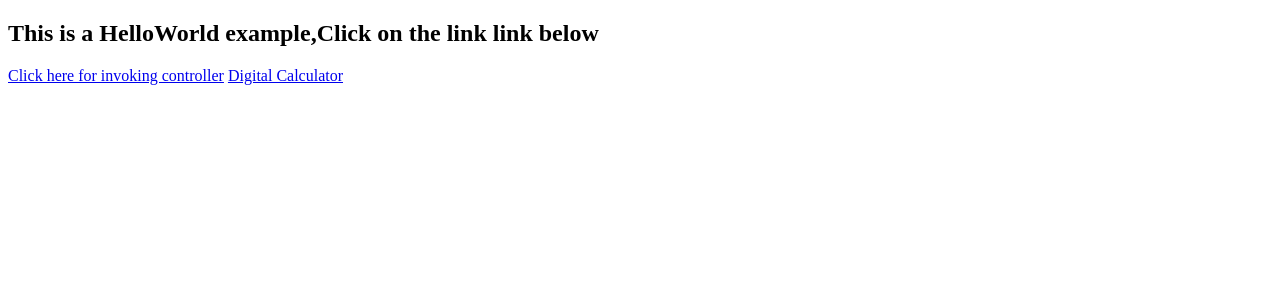
Repository: Sreenidhi5/visatraining
Page: springwebapp/src/main/webapp/hellopage.html
An editor plug-in stored every save of this project. The page is shown before and after the next save, followed by the edit.
The browser window is 1280 px wide. The pictures show the whole page.

Above is the page before, as saved 2019-07-22 09:39:50.

### springwebapp/src/main/webapp/hellopage.html
<!DOCTYPE html>
<html>
<head>
<meta charset="UTF-8">
<title>A Spring MVC Helloworld PAGE here</title>
</head>
<body>
<h2>This is a HelloWorld example,Click on the link link below</h2>
<a href = "hello?name=SpringMvc"> Click here for invoking controller</a>

<a href ="calculator.html">Digital Calculator</a>

</body>
</html>

After the next save:
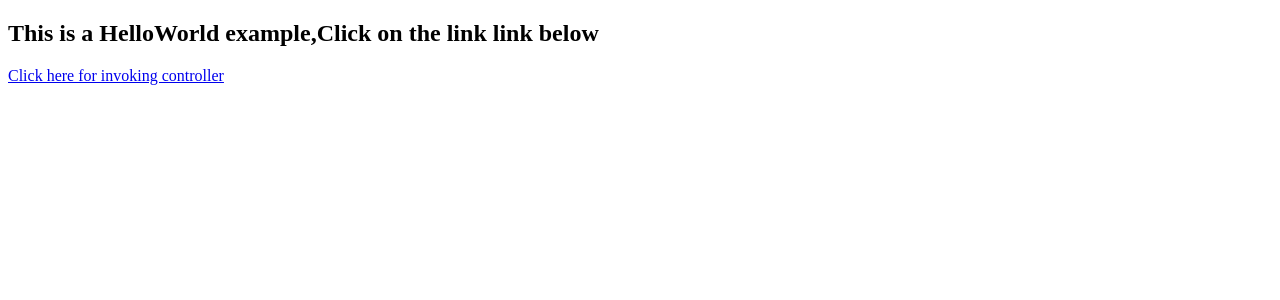
Saved 72 s later.
--- a/springwebapp/src/main/webapp/hellopage.html
+++ b/springwebapp/src/main/webapp/hellopage.html
@@ -8,7 +8,6 @@
 <h2>This is a HelloWorld example,Click on the link link below</h2>
 <a href = "hello?name=SpringMvc"> Click here for invoking controller</a>
 
-<a href ="calculator.html">Digital Calculator</a>
 
 </body>
 </html>
